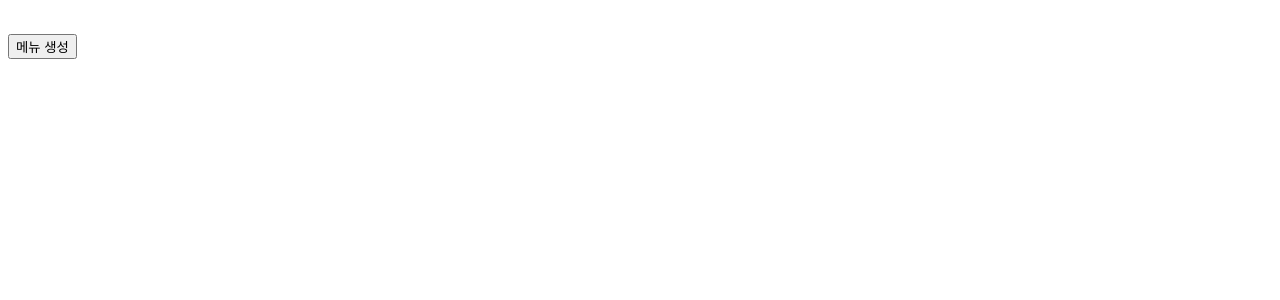
Repository: yeojeonghyeon/sixth
Page: java/ScriptWorld/WebContent/ui/Menu.html
These files come from the project's save history. The page is drawn as it stood at one moment and after the next save; the edit follows.
The browser window is 1280 px wide. The pictures show the whole page.
After loading, the first visible `#buildMenuBtn` was clicked once.

Above is the page before, as saved 2019-04-23 08:39:48.
Console error: ReferenceError: li is not defined

After the next save:
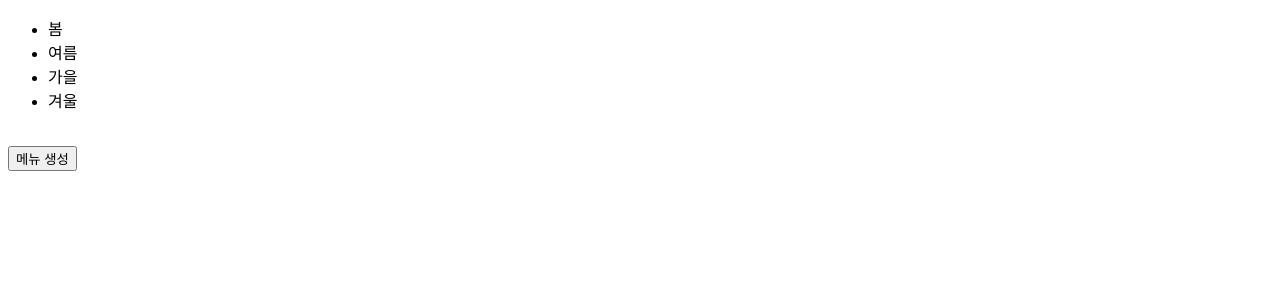
The error is gone.
Saved 4 min 23 s later.
--- a/java/ScriptWorld/WebContent/ui/Menu.html
+++ b/java/ScriptWorld/WebContent/ui/Menu.html
@@ -12,7 +12,7 @@ document.addEventListener("DOMContentLoaded", function(){
 		for(var i=0; i<menuArr.length; i++){
 			var liObj = document.createElement("li");
 			liObj.innerText = menuArr[i];
-			menu.appendChild(li);
+			menu.appendChild(liObj);
 		}
 	});
 });
